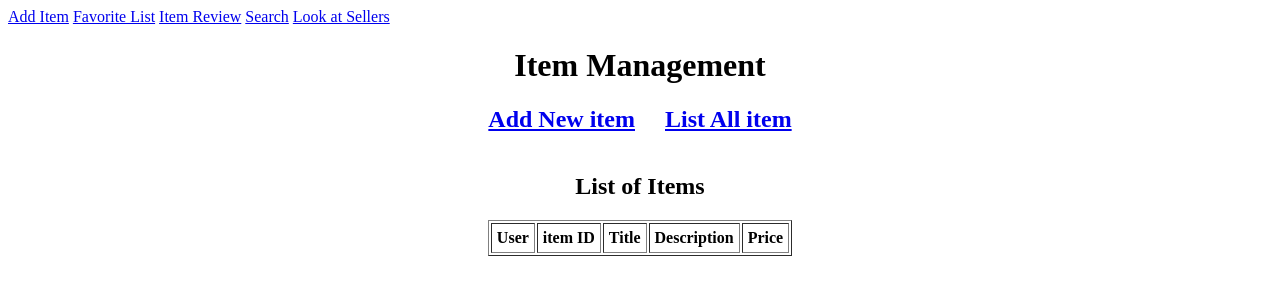
Repository: HamdanM/DatabaseProject
Page: http://localhost/DB3/itemList.jsp
These files come from the project's save history. The page is drawn as it stood at one moment and after the next save; the edit follows.
The browser window is 1280 px wide. The pictures show the whole page.
The page is served by Tomcat 9. Other server files are loaded and not shown. The template is opened directly, without the code that normally fills it, so the values that code supplies are empty.

Above is the page before, as saved 2019-07-25 01:16:17.

### DB3/WebContent/itemList.jsp
<%@ page language="java" contentType="text/html; charset=ISO-8859-1"
    pageEncoding="ISO-8859-1"%>
  <%@ taglib prefix="c" uri="http://java.sun.com/jsp/jstl/core" %>
<!DOCTYPE html PUBLIC "-//W3C//DTD HTML 4.01 Transitional//EN" "http://www.w3.org/TR/html4/loose.dtd">
<html>
<head>
    <title>People Management Application</title>
</head>
<body>
<a href="addItem.jsp">Add Item</a>
<a href="favlist.jsp">Favorite List</a>
<a href="itemReview.jsp">Item Review</a>
<a href="search.jsp">Search</a>
<a href="sellers">Look at Sellers</a>

    <center>
        <h1>Item Management</h1>
        <h2>
            <a href="insert">Add New item</a>
            &nbsp;&nbsp;&nbsp;
            <a href="list">List All item</a>

        </h2>
    </center>
    <div align="center">
        <table border="1" cellpadding="5">
            <caption><h2>List of Items</h2></caption>
            <tr>
                <th>User</th>
                <th>item ID</th>
                <th>Title</th>
                <th>Description</th>
                <th>Price</th>

            </tr>
            <c:forEach var="it" items="${itemsList}">
                <tr>
                    <td><c:out value="${it.getUser()}" /></td>
                    <td><c:out value="${it.itemid}" /></td>
                    <td><c:out value="${it.title}" /></td>
                    <td><c:out value="${it.description}" /></td>
                    <td>$<c:out value="${it.getPrice()}" /></td>

                    <td>
                      <a href="addFav?id=<c:out value='${it.itemid}' />&user=<c:out value='${it.getUser()}' />">add Fav</a>
                      </td>

                      <td>
                        <a href="addReview?id=<c:out value='${it.itemid}' />">add Review</a>

                       <td>



                </tr>
            </c:forEach>
        </table>
    </div>
</body>
</html>

After the next save:
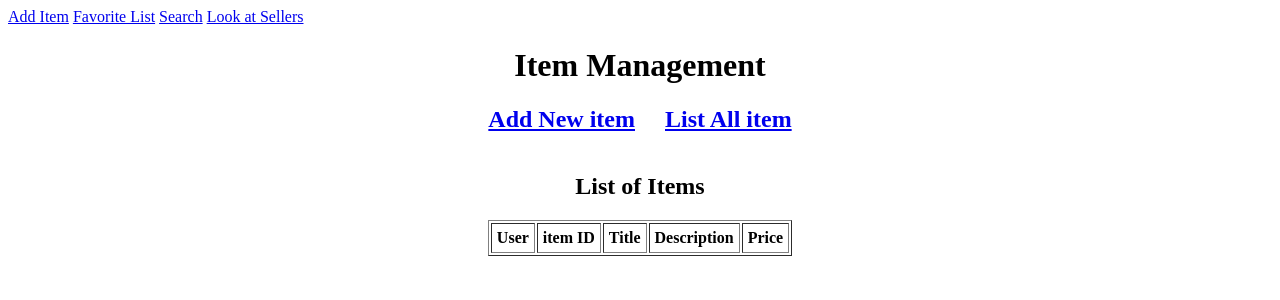
Saved 11 s later.
--- a/DB3/WebContent/itemList.jsp
+++ b/DB3/WebContent/itemList.jsp
@@ -9,7 +9,6 @@
 <body>
 <a href="addItem.jsp">Add Item</a>
 <a href="favlist.jsp">Favorite List</a>
-<a href="itemReview.jsp">Item Review</a>
 <a href="search.jsp">Search</a>
 <a href="sellers">Look at Sellers</a>
 
